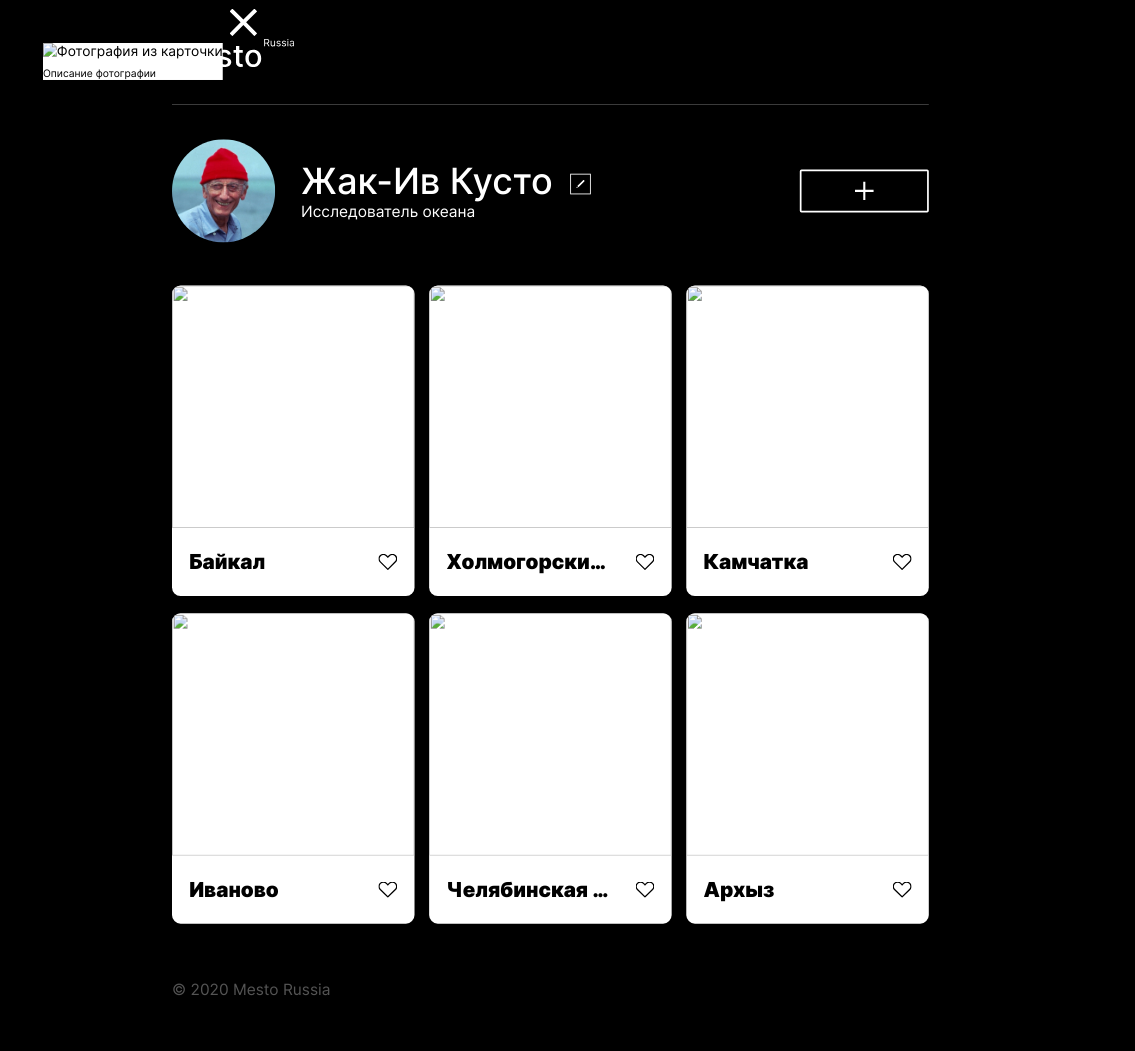
Repository: Akhtool/mesto
Page: index.html
An editor plug-in stored every save of this project. The page is shown before and after the next save, followed by the edit.
The browser window is 1280 px wide. The page is 1280 px wide, then 1320 px, so the pictures cover 1320 px, including what lies to the right of the window. The pictures show the whole page, at 86% of full size.

Above is the page before, as saved 2023-01-04 12:33:08.

After the next save:
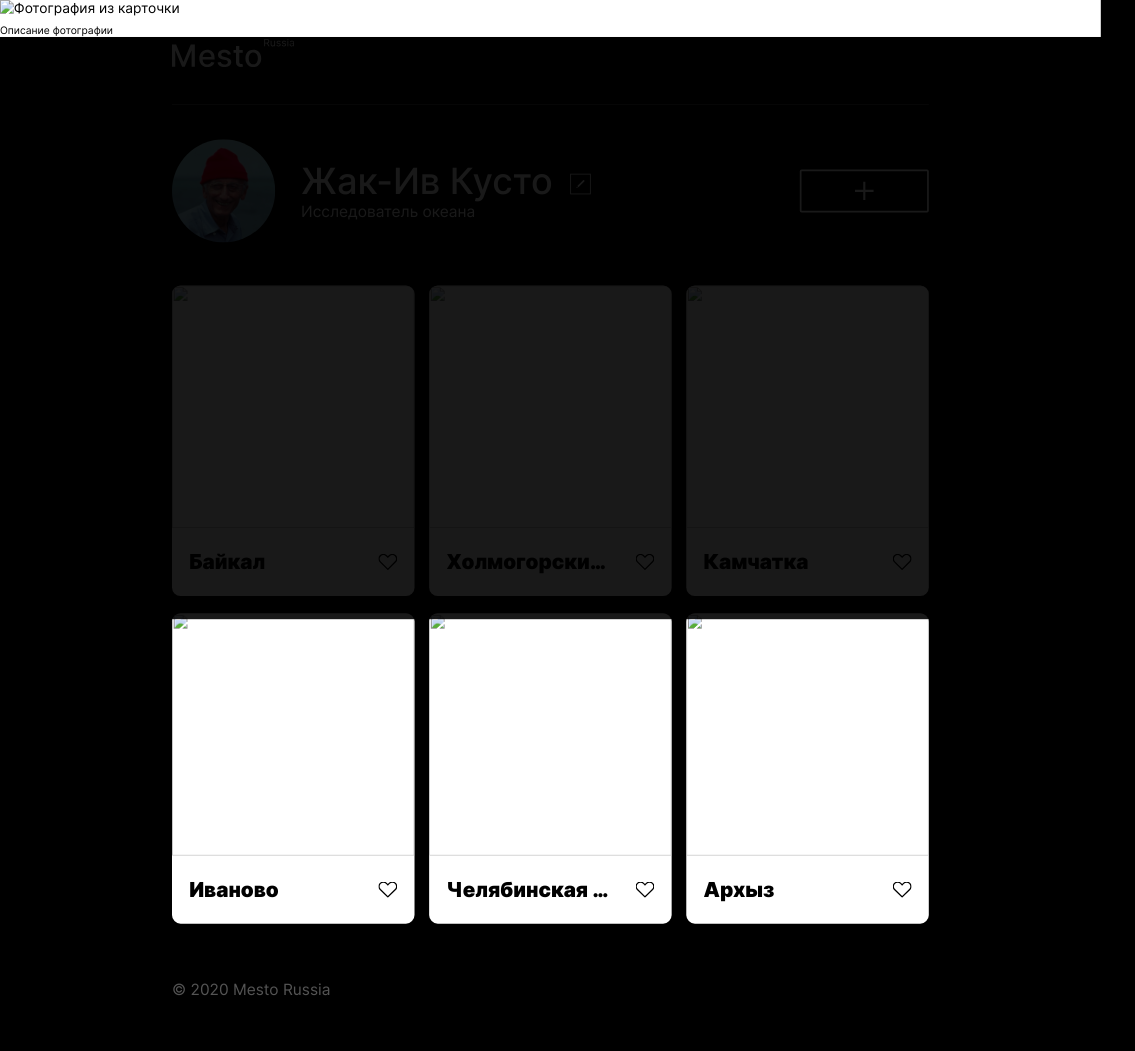
Saved 34 s later.
--- a/blocks/popup/_type/popup_type_show-image.css
+++ b/blocks/popup/_type/popup_type_show-image.css
@@ -1,6 +1,10 @@
 .popup_type_show-image {
     position: absolute;
-    left: 50px;
-    top: 50px;
+    top: 0;
+    right: 0;
+    bottom: 0;
+    left: 0;
+    width: 100%;
+    height: 100vh;
     background-color: rgba(0, 0, 0, .9);
 }
